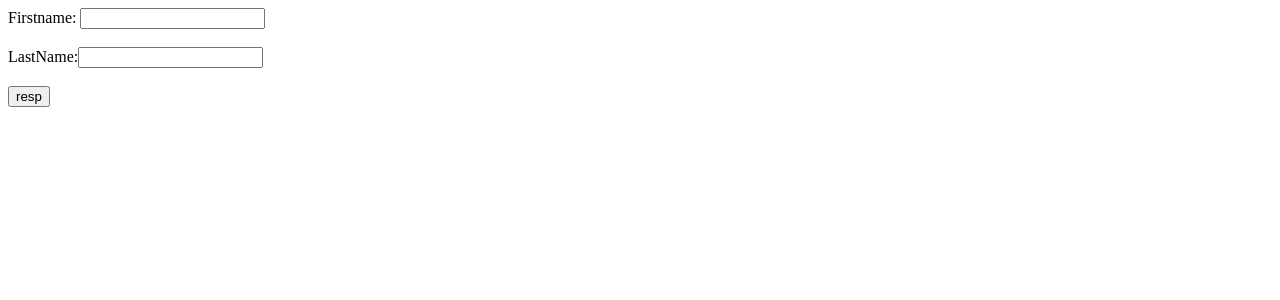
Repository: MaheshYadavM/my-frist-repo
Page: ReqestDispatcherServltt/WebContent/EmpDetails.html
The author's editor kept a copy of each file at every save. The page is drawn from the files as they stood at one save, then again after the next save.
The browser window is 1280 px wide. The pictures show the whole page.

Above is the page before, as saved 2022-08-26 06:57:31.

### ReqestDispatcherServltt/WebContent/EmpDetails.html
<!DOCTYPE html>
<html>

<body>
<form action="sucess" method="post"></form>
  Firstname:  <input type="text" name="fn"></input><br><br>
  LastName:<input type="text" name="ln"><br><br>
  <input type="submit" value="resp">
</body>
</html>

After the next save:
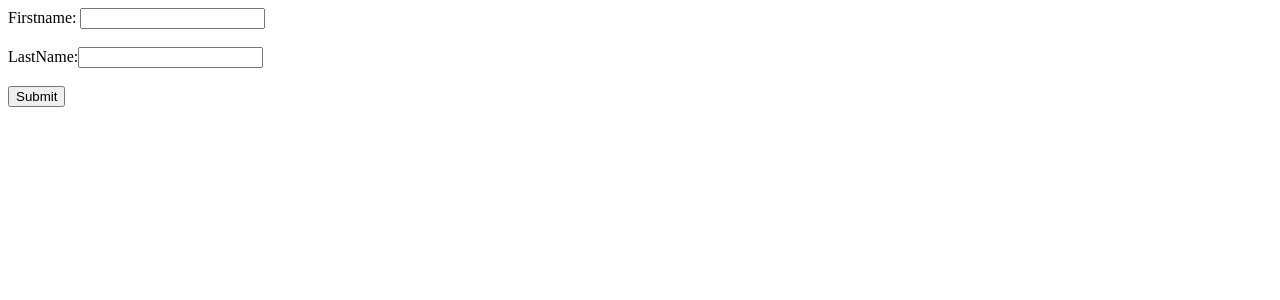
Saved 74 s later.
--- a/ReqestDispatcherServltt/WebContent/EmpDetails.html
+++ b/ReqestDispatcherServltt/WebContent/EmpDetails.html
@@ -5,6 +5,6 @@
 <form action="sucess" method="post"></form>
   Firstname:  <input type="text" name="fn"></input><br><br>
   LastName:<input type="text" name="ln"><br><br>
-  <input type="submit" value="resp">
+  <input type="submit" >
 </body>
 </html>
